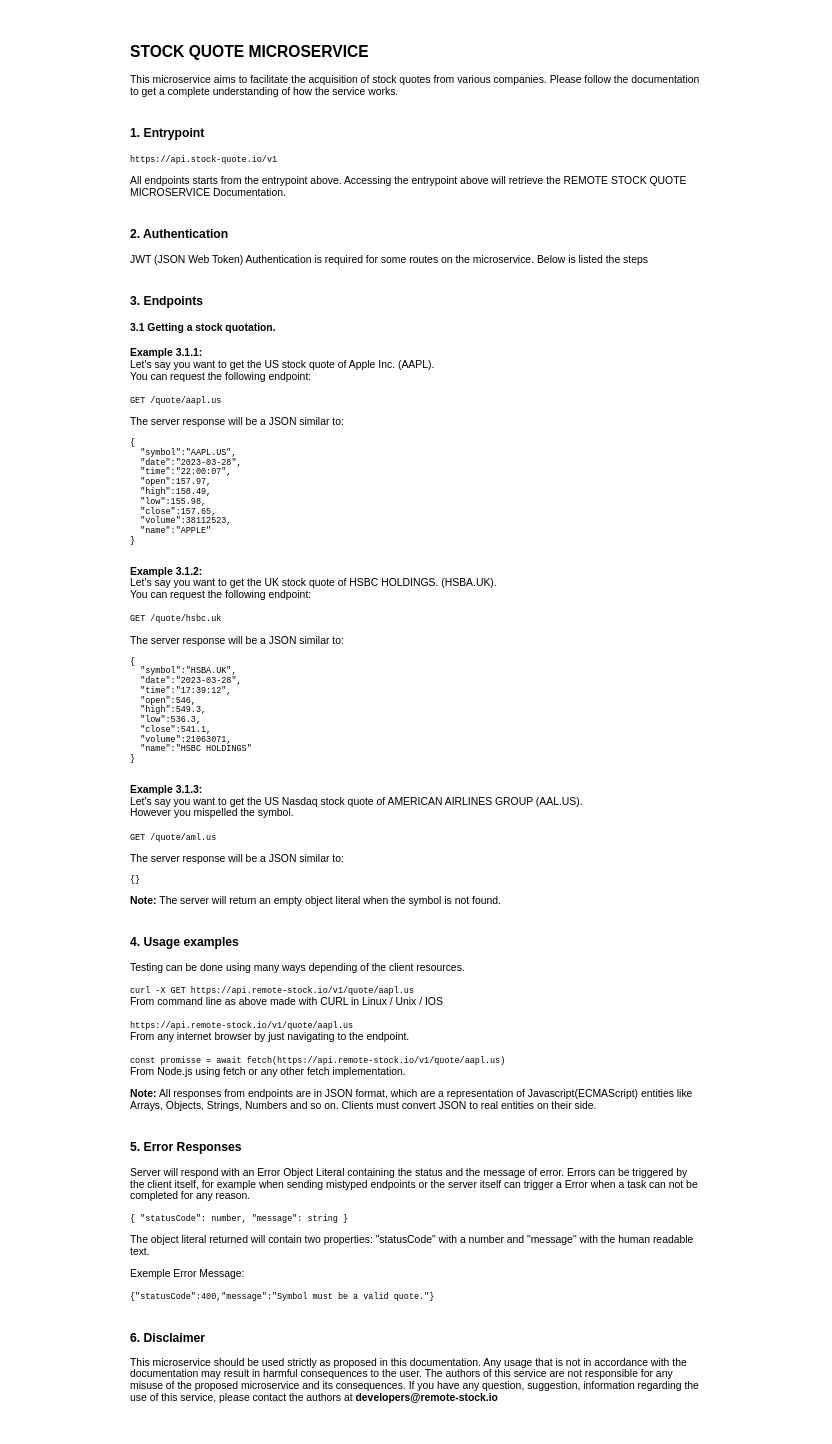
Repository: miguelamello/nest-js
Page: stock-service/documentation.html
These files come from the project's save history. The page is drawn as it stood at one moment and after the next save; the edit follows.
The browser window is 1280 px wide. The pictures show the whole page, at 65% of full size.

Above is the page before, as saved 2023-04-01 15:32:09.

After the next save:
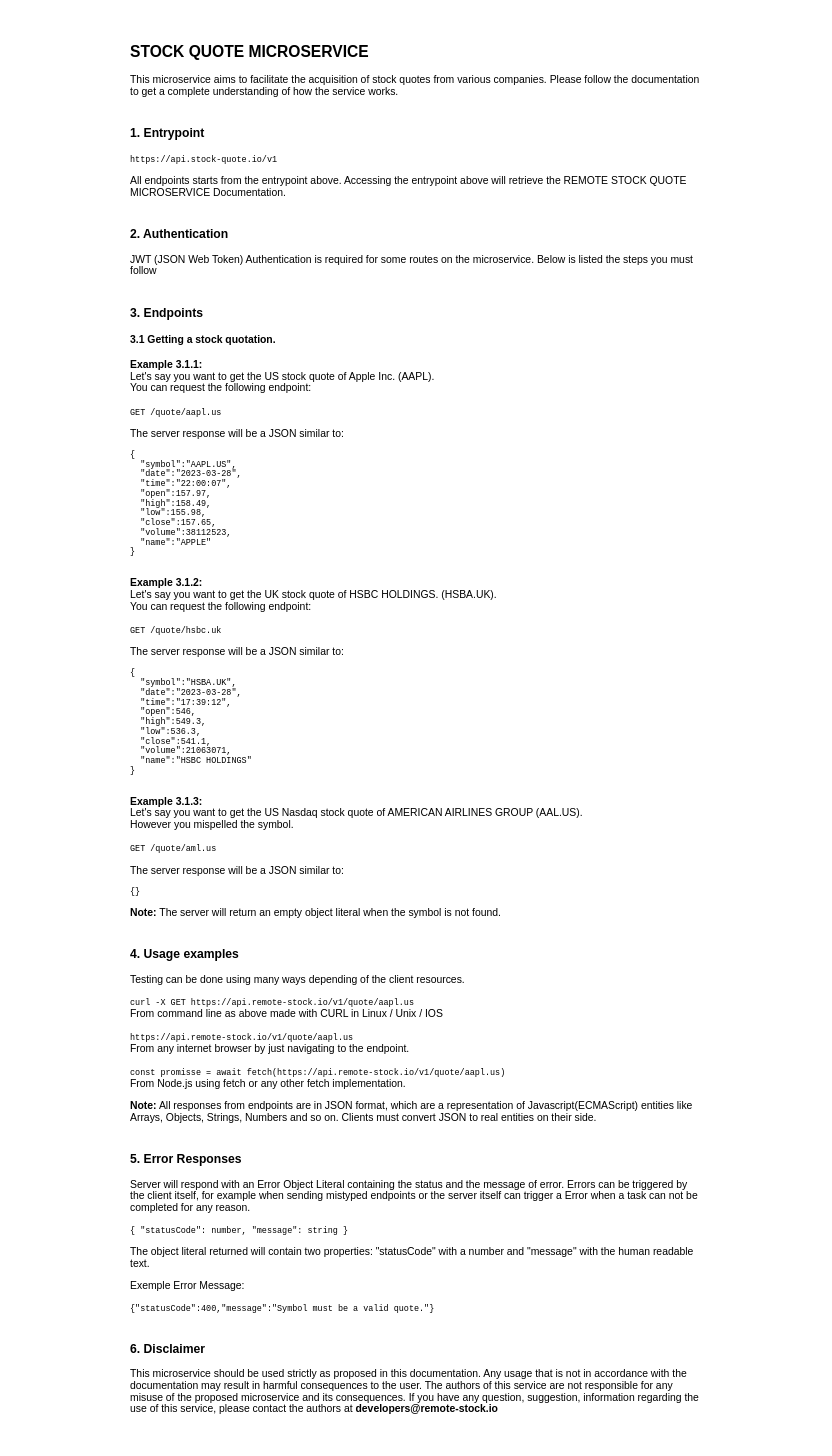
Saved 10 s later.
--- a/stock-service/documentation.html
+++ b/stock-service/documentation.html
@@ -34,7 +34,7 @@
 
   <h3>2. Authentication</h3>
   <p>JWT (JSON Web Token) Authentication is required for some routes on the microservice.
-    Below is listed the steps </p>
+    Below is listed the steps you must follow </p>
 
   <h3>3. Endpoints</h3>
 
